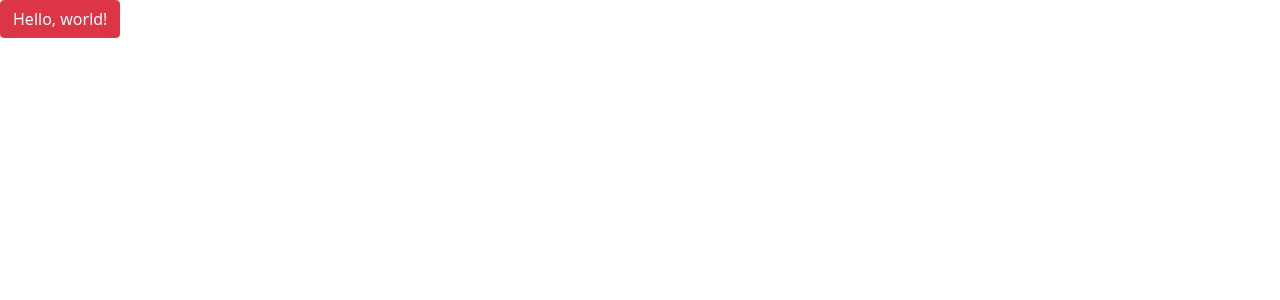
Repository: jaunnnngs/HackaTone
Page: http://localhost/StunProjects/
The author's editor kept a copy of each file at every save. The page is drawn from the files as they stood at one save, then again after the next save.
The browser window is 1280 px wide. The pictures show the whole page.
The page is served by Tomcat 9.

Above is the page before, as saved 2021-07-20 01:28:00.

After the next save:
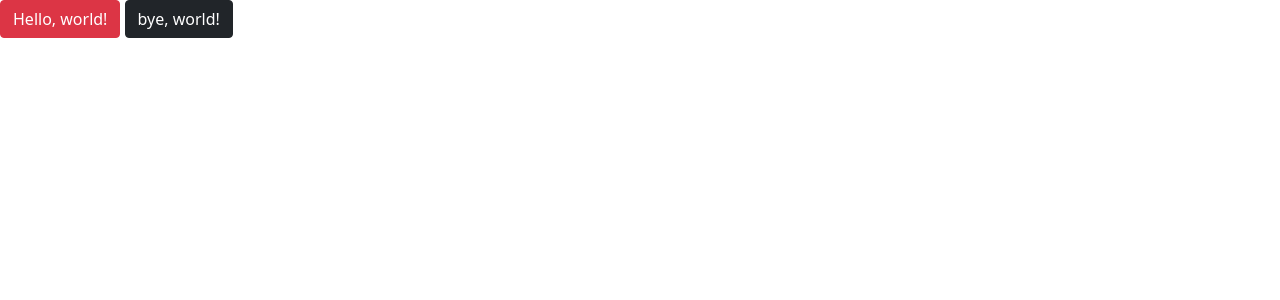
Saved 4 min 37 s later.
--- a/STUN_TEAM/StunProjects/src/main/webapp/index.jsp
+++ b/STUN_TEAM/StunProjects/src/main/webapp/index.jsp
@@ -13,7 +13,8 @@
     <title>Hello, world!</title>
   </head>
   <body>
-    <h1 class = "btn btn-danger">Hello, world!</h1>
+    <h1 id="hello" class = "btn btn-danger">Hello, world!</h1>
+    <h1 id="bye" class = "btn btn-dark">bye, world!</h1>
 
     <!-- Optional JavaScript; choose one of the two! -->
 

After the 2 saves that followed:
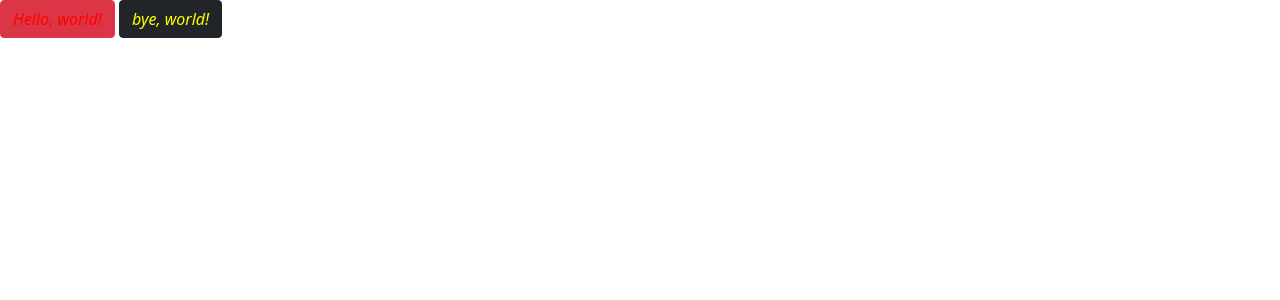
The 2 saves are shown as one change because 1 left the picture as it was.
The last was saved 3 min 6 s later.
--- a/STUN_TEAM/StunProjects/src/main/webapp/index.jsp
+++ b/STUN_TEAM/StunProjects/src/main/webapp/index.jsp
@@ -11,6 +11,23 @@
     <link href="https://cdn.jsdelivr.net/npm/bootstrap@5.0.2/dist/css/bootstrap.min.css" rel="stylesheet" integrity="sha384-EVSTQN3/azprG1Anm3QDgpJLIm9Nao0Yz1ztcQTwFspd3yD65VohhpuuCOmLASjC" crossorigin="anonymous">
 
     <title>Hello, world!</title>
+
+    <style>
+    #hello
+    {
+    	color:red;
+    }
+    #bye
+    {
+    	color:yellow;
+    }
+    .btn
+    {
+    	font-style : italic
+    }
+
+
+    </style>
   </head>
   <body>
     <h1 id="hello" class = "btn btn-danger">Hello, world!</h1>
